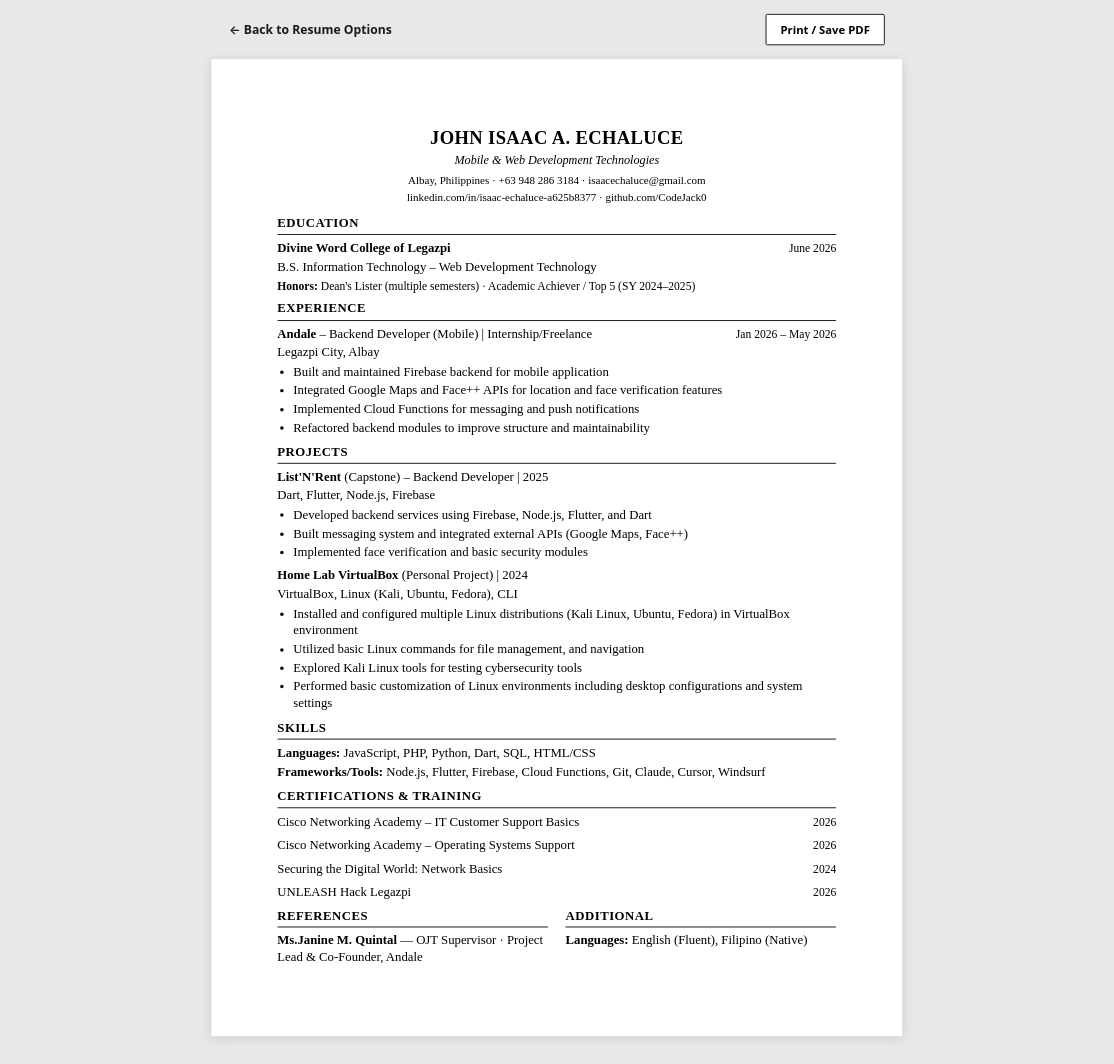
Repository: CodeJack0/Professional_Portfolio
Page: pages/resume_development.html
These files come from the project's save history. The page is drawn as it stood at one moment and after the next save; the edit follows.
The browser window is 1280 px wide. The pictures show the whole page, at 87% of full size.

Above is the page before, as saved 2026-05-29 22:02:45.

After the next save:
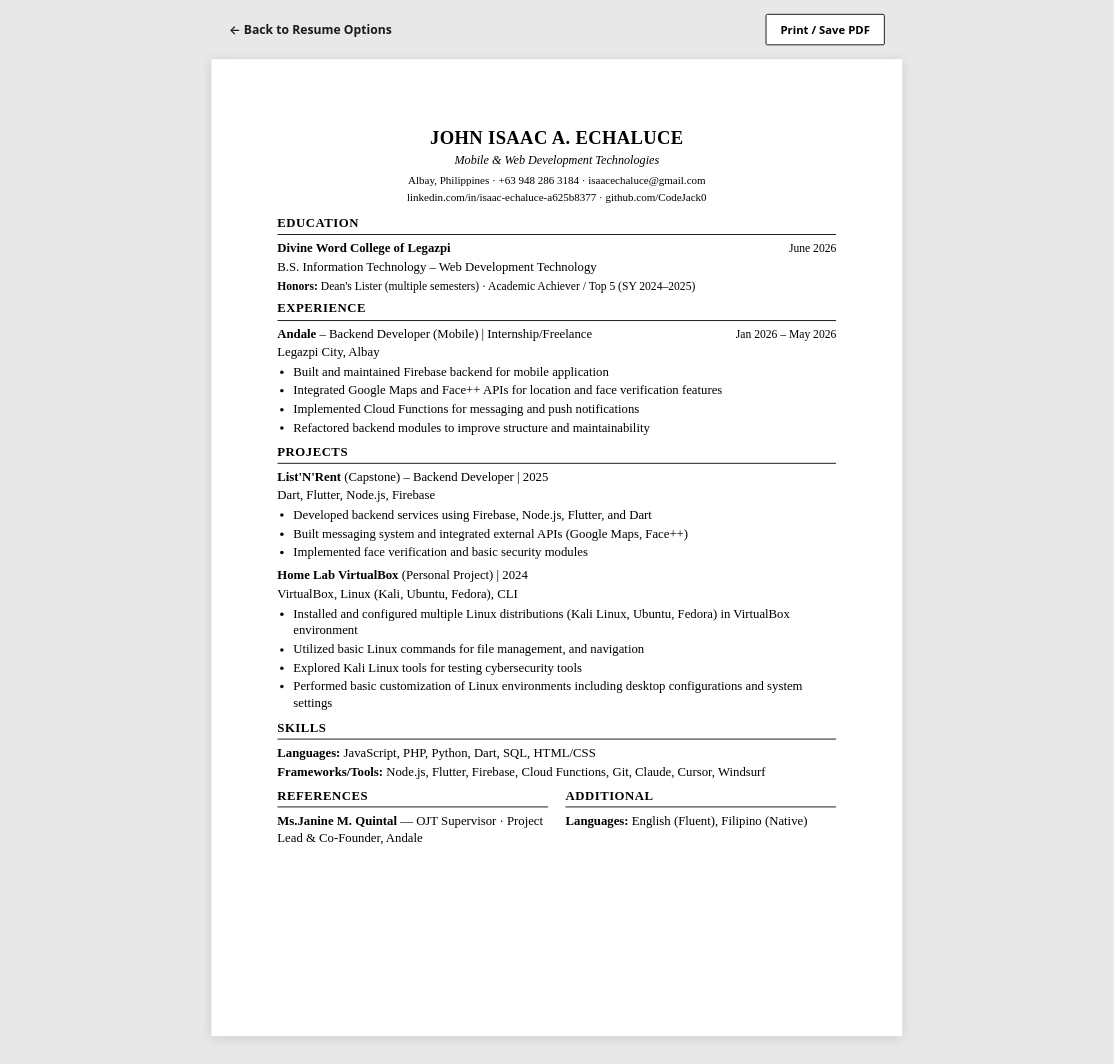
Saved 2 min 51 s later.
--- a/pages/resume_development.html
+++ b/pages/resume_development.html
@@ -106,37 +106,6 @@
         <p class="skills-line"><strong>Frameworks/Tools:</strong> Node.js, Flutter, Firebase, Cloud Functions, Git, Claude, Cursor, Windsurf</p>
       </section>
 
-      <section class="resume-section">
-        <h2 class="resume-section-title">Certifications & Training</h2>
-
-        <div class="entry entry--compact">
-          <div class="entry-row">
-            <span class="entry-left">Cisco Networking Academy – IT Customer Support Basics</span>
-            <span class="entry-right">2026</span>
-          </div>
-        </div>
-
-        <div class="entry entry--compact">
-          <div class="entry-row">
-            <span class="entry-left">Cisco Networking Academy – Operating Systems Support</span>
-            <span class="entry-right">2026</span>
-          </div>
-        </div>
-
-        <div class="entry entry--compact">
-          <div class="entry-row">
-            <span class="entry-left">Securing the Digital World: Network Basics</span>
-            <span class="entry-right">2024</span>
-          </div>
-        </div>
-
-        <div class="entry entry--compact">
-          <div class="entry-row">
-            <span class="entry-left">UNLEASH Hack Legazpi</span>
-            <span class="entry-right">2026</span>
-          </div>
-        </div>
-      </section>
 
       <section class="resume-section resume-section--combined">
         <div class="resume-two-col">
